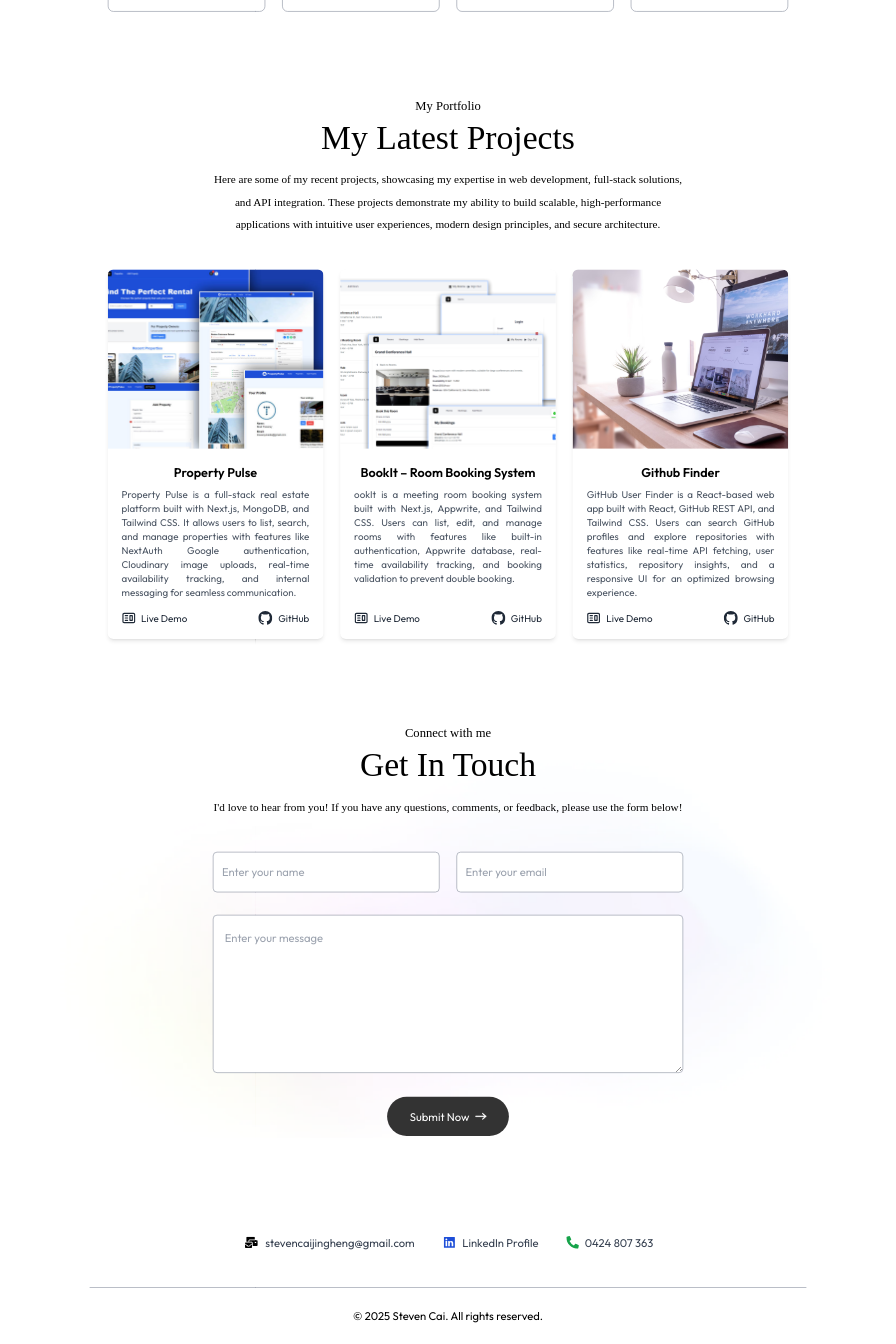
Repository: Steven4cai/profolio
Page: /
The author's editor kept a copy of each file at every save. The page is drawn from the files as they stood at one save, then again after the next save.
The browser window is 1280 px wide. The pictures show the part of the page from y = 2257 to 4177 px (the page is 4177 px tall before and 4097 px after), at 70% of full size.
Some web fonts or font styles are not loaded; a fallback is used. The project was rebuilt for these pictures with package versions that can differ from the ones it lists, and the page was loaded fresh each time. The framework's server and built-in components were replaced by stand-ins that run in the browser. Also part of the build but not shown: next.config.mjs.

Above is the page before, as saved 2025-02-09 14:33:00.

### app/layout.js
import {Outfit,Ovo} from "next/font/google";
import "./globals.css";

const outfit = Outfit({
  subsets: ["latin"],weight:["400","500","600","700"]
});

const ovo = Ovo({
  subsets: ["latin"],weight:["400"]
});

export const metadata = {
  title: "Profolio - Steven",
  description: "",
};

export default function RootLayout({ children }) {
  return (
    <html lang="en" className="scroll-smooth ">
      <body className={`${outfit.className} ${ovo.className} antialiased leading-8 overflow-x-hidden
      dark:bg-darkTheme dark:text-white`}>
        <main>{children}</main>
      </body>
    </html>
  );
}

### app/page.js
'use client'
import About from "@/components/About";
import Header from "@/components/Header";
import Navbar from "@/components/Navbar";
import Services from "@/components/Services";
import Work from "@/components/Work";
import Contact from "@/components/Contact";
import Footer from "@/components/Footer";
import { useEffect, useState } from "react";

export default function Home() {
  const [isDark,setIsDark] = useState(false)

  useEffect(()=>{
    if(localStorage.theme === 'dark' || (!('theme' in localStorage) && window.matchMedia('(prefers-color-scheme:dark)').matches)){
      setIsDark(true)
    }else{
      setIsDark(false)
    }
  },[])

  useEffect(()=>{
    if(isDark){
      document.documentElement.classList.add('dark')
      localStorage.theme = 'dark'
    }else{
      document.documentElement.classList.remove('dark')
      localStorage.theme = ''
    }
  } ,[isDark])
  return (
    <>
    <Navbar isDark = {isDark} setIsDark = {setIsDark}/>
    <Header isDark = {isDark}/>
    <About isDark = {isDark}/>
    <Services isDark = {isDark}/>
    <Work isDark = {isDark}/>
    <Contact isDark = {isDark}/>
    <Footer isDark = {isDark}/>
    </>
  );
}

### components/About.jsx
import Image from 'next/image'
import React from 'react'
import {assets, infoList, toolsData} from '@/assets/assets'


const About = ({isDark}) => {
  return (
    <div id='about' className='w-full px-[12%] py-10 scroll-mt-20'>
      <h4 className='text-center mb-2 text-lg font-Ovo'>Introduction</h4>
      <h2 className='text-center text-5xl font-Ovo'>About Me</h2>

    <div className='flex w-full flex-col lg:flex-row items-center gap-20 my-20'>
        <div className='w-64 sm:w-80 rounded-3xl max-w-none'>
            <Image src={assets.user_image} alt='user'
            className='w-full rounded-3xl'/>
        </div>
        <div className='flex-1'>
            <p className='mb-10 max-w-2xl font-Ovo'>
            I am a web developer with a background in IT and software
         engineering. I specialize in building scalable and efficient web
          applications, focusing on clean code, performance optimization,
          and user experience. Skilled in both front-end and back-end
          technologies, I am always eager to learn and apply new solutions.
            </p>
            <ul className='grid grid-cols-1 sm:grid-cols-3 gap-6 max-w-2xl'>
                {infoList.map((info,index) => (
                    <li
                    className='border-[0.5px] border-gray-400 rounded-xl p-6
                    cursor-pointer hover:bg-lightHover hover:-translate-y-1 duration-500
                    hover:shadow-black
                    dark:border-white dark:hovr:shadow-white dark:hover:bg-darkHover/50'
                    key={index}>
                        <Image src={isDark ? info.iconDark : info.icon} alt={info.title} className='w-7 mt-3'/>
                        <h3 className='my-4 font-semiblod text-gray-700 dark:text-white'>{info.title}</h3>
                        <p className='text-gray-600 text-sm dark:text-white/80'>{info.description}</p>
                    </li>
                ))}
            </ul>

            <h4 className='my-6 text-gray-700 font-Ovo dark:text-white/80'>Tools I use</h4>


                <ul className='flex items-center gap-3 sm:gap-5'>
                    {toolsData.map((tool,index) => (
                        <li className=
                        'flex items-center justify-center w-12 sm:w-14 aspect-square border border-gray-400 rounded-lg cursor-pointer hover:-translate-y-1 duration-500'
                         key={index}>
                            <Image src={tool} alt='Tool' className='w-5 sm:w-7' />
                        </li>
                    ))}
                </ul>
        </div>
    </div>

    </div>
  )
}

export default About

### components/Header.jsx
import React from 'react'
import Image from 'next/image'
import {assets} from '@/assets/assets'

const Header = () => {
  return (
    <div className=
    'w-11/12 max-w-3xl text-center mx-auto h-screen flex flex-col items-center justify-center gap-4'>
      <div>
        <Image src={assets.profile_img} alt='' className='rounded-full w-32'/>
      </div>
      <h3 className='flex items-end gap-2 text-xl md:text-2xl mb-3 font-Ovo'>Hi! I'm Steven Cai <Image src={assets.hand_icon} alt='' className='w-6'/></h3>
        <h1 className='text-3xl sm:text-6xl lg:text-[66px] font-Ovo'>Frontend web developer based in Sydney</h1>
        <p className='max-w-2xl mx-auto font-Ovo'>
          Web developer with a strong foundation in software engineering,
           specializing in building efficient, scalable, and user-friendly
            applications.
        </p>
        <div className=
        'flex flex-col sm:flex-row items-center gap-4 mt-4'>
            <a href="#contact"
             className='px-10 py-3 border rounded-full bg-black text-white flex items-center gap-2
             dark:bg-transparent'>
                Contact me  <Image src={assets.right_arrow_white} alt='' className='w-4'/></a>
            <a href="/Steven_Cai_ITResume.pdf" download
            className='px-10 py-3 border rounded-full border-gray-500 flex items-center gap-2
            bg-white dark:text-black'
            >My resume  <Image src={assets.download_icon} alt='' className='w-4'/></a>

        </div>


    </div>
  )
}

export default Header

### components/Navbar.jsx
'use client'

import Image from 'next/image'
import React, { useEffect, useState } from 'react'
import {assets} from '@/assets/assets'

const Navbar = ({isDark,setIsDark}) => {
    const [isScroll, setIsScrool] = useState(false)

    const [isMenuOpen, setIsMenuOpen] = useState(false);

    const openMenu = () => {
        setIsMenuOpen(true);
    };

    const closeMenu = () => {
        setIsMenuOpen(false);
    };

    useEffect(()=>{
        window.addEventListener('scroll',()=>{
            if(scrollY > 50){
                setIsScrool(true)
            }else{
                setIsScrool(false)
            }
        })
    } ,[])

    return (
        <>
            <div className='fixed top-0 right-0 w-11/12 -z-10 translate-y-[-80%] dark:hidden'>
                <Image src={assets.header_bg_color} alt='' className='w-full' />
            </div>

            <nav className={`w-full fixed px-5 lg:px-8 xl:px-[8%] py-4 flex
                items-center justify-between z-50 ${isScroll
                ? 'bg-white bg-opacity-50 backdrop-blur-lg shadow-sm dark:bg-darkTheme dark:shadow-white/20'
                : ''}`}>
                <a href="#top">
                    <Image alt='logo' className='w-28 cursor-pointer mr-14 bg-white rounded-full' src={assets.logo} />
                </a>

                <ul className={`hidden md:flex items-center gap-6
                    lg:gap-8 rounded-full px-12 py-3
                    ${isScroll ?'' : 'bg-white shadow-sm bg-opacity-50 dark:border dark:border-white/50 dark:bg-transparent'}`}>
                    <li><a className='font-Ovo' href="#top">Home</a></li>
                    <li><a className='font-Ovo' href="#about">About me</a></li>
                    <li><a className='font-Ovo' href="#services">Services</a></li>
                    <li><a className='font-Ovo' href="#work">My Work</a></li>
                    <li><a className='font-Ovo' href="#contact">Contact me</a></li>
                </ul>

                <div className='flex items-center gap-4'>

                    <button onClick={() => setIsDark(prev => !prev)}>
                        <Image src={isDark ? assets.sun_icon : assets.moon_icon} alt='' className='w-6' />
                    </button>

                    <a href='#contact' className='hidden lg:flex items-center gap-3 px-10 py-2.5
                    border border-gray-500 rounded-full ml-4 font-Ovo
                    dark:border-white/50'>
                        Contact <Image className='w-3' src={isDark ?assets.arrow_icon_dark :assets.arrow_icon} alt='arrowicon' />
                    </a>

                    <button className='block md:hidden ml-3' onClick={openMenu}>
                        <Image src={isDark ?assets.menu_white :assets.menu_black} alt='' className='w-6' />
                    </button>
                </div>

                <ul className={`flex flex-col gap-4 py-20 px-10
                fixed -right-0 top-0 bottom-0 w-64 z-50 h-screen bg-rose-50
                transition duration-500' dark:bg-darkHover dark:text-white
                ${isMenuOpen ? 'translate-x-0' : 'translate-x-[16rem]'} md:hidden`}>
                    {/* Close Button */}
                    <div className='absolute right-6 top-6' onClick={closeMenu}>
                        <Image src={isDark ?assets.close_white :assets.close_black} alt='' className='w-5 cursor-pointer' />
                    </div>

                    <li><a onClick={closeMenu} className='font-Ovo' href="#top">Home</a></li>
                    <li><a onClick={closeMenu} className='font-Ovo' href="#about">About me</a></li>
                    <li><a onClick={closeMenu} className='font-Ovo' href="#services">Services</a></li>
                    <li><a onClick={closeMenu} className='font-Ovo' href="#work">My Work</a></li>
                    <li><a onClick={closeMenu} className='font-Ovo' href="#contact">Contact me</a></li>
                </ul>
            </nav>
        </>
    )
}

export default Navbar;

### components/Services.jsx
import React from "react";
import { TbWorld } from "react-icons/tb";
import { RiStackFill } from "react-icons/ri";
import { AiOutlineApi } from "react-icons/ai";
import { MdSecurity } from "react-icons/md";

export const serviceData = [
  { icon: <TbWorld className="text-4xl text-gray-700 dark:text-white" />, title: 'Frontend Development', description: 'Building modern, responsive, and interactive web applications using React.js, Next.js, and Tailwind CSS to ensure seamless user experience.', link: '' },
  { icon: <RiStackFill className="text-4xl text-gray-700 dark:text-white" />, title: 'Full-Stack Development', description: 'Developing scalable web applications with Next.js, Appwrite, MongoDB, and Firebase, handling both frontend and backend efficiently.', link: '' },
  { icon: <AiOutlineApi className="text-4xl text-gray-700 dark:text-white" />, title: 'API Development & Integration', description: 'Creating and integrating RESTful APIs to enable smooth data communication between systems, ensuring high performance and security.', link: '' },
  { icon: <MdSecurity className="text-4xl text-gray-700 dark:text-white" />, title: 'Authentication & Security', description: 'Implementing secure authentication using NextAuth.js, OAuth, JWT, and Firebase Auth, ensuring data protection and user privacy.', link: '' },
];

const Services = () => {
  return (
    <div id='services' className='w-full px-[12%] py-10 scroll-mt-20'>
      <h4 className='text-center mb-2 text-lg font-Ovo'>What I offer</h4>
      <h2 className='text-center text-5xl font-Ovo'>My Services</h2>

      <p className='text-center max-w-2xl mx-auto mt-5 mb-12 font-Ovo'>
        I design and develop modern, high-performance web applications with
        a focus on efficiency, scalability, and seamless user experience. Whether
        it’s front-end UI/UX, full-stack solutions, or API integrations,
        I build robust and maintainable systems tailored to business needs.
      </p>

      <div className='grid grid-cols-1 sm:grid-cols-2 md:grid-cols-4 gap-6 my-10'>
        {serviceData.map(({ icon, title, description, link }, index) => (
          <div
            className='border border-gray-400 rounded-lg px-8 py-10 flex flex-col items-center text-center
              hover:shadow-black cursor-pointer hover:bg-lightHover hover:-translate-y-1 duration-500
              dark:hover:bg-darkHover dark:hover:shadow-white'
            key={index}
          >
            {icon}
            <h3 className='text-lg my-4 text-gray-700 dark:text-white'>{title}</h3>
            <p className='text-sm text-gray-600 leading-5 dark:text-white/80'>{description}</p>
          </div>
        ))}
      </div>
    </div>
  );
};

export default Services;

### components/Work.jsx
import { assets, workData } from '@/assets/assets';
import React from 'react';
import Image from 'next/image';
import Link from 'next/link';
import { BsGithub } from 'react-icons/bs';
import { CgWebsite } from 'react-icons/cg';

const Work = ({ isDark }) => {
  return (
    <div id="work" className="w-full px-[12%] py-10 scroll-mt-20">
      <h4 className="text-center mb-2 text-lg font-Ovo">My Portfolio</h4>
      <h2 className="text-center text-5xl font-Ovo">My Latest Projects</h2>

      <p className="text-center max-w-2xl mx-auto mt-5 mb-12 font-Ovo">
      Here are some of my recent projects, showcasing my expertise in web
       development, full-stack solutions, and API integration. These projects
        demonstrate my ability to build scalable, high-performance applications
         with intuitive user experiences, modern design principles, and secure
         architecture.
      </p>

      <div className="grid grid-cols-1 sm:grid-cols-2 md:grid-cols-3 gap-6 my-10">
  {workData.map((work, index) => (
    <div
      key={index}
      className="flex flex-col bg-white dark:bg-gray-900 rounded-lg shadow-md overflow-hidden group cursor-pointer"
    >
      {/* 背景图片部分 */}
      <div
        className="h-64 bg-cover bg-center transition-transform duration-500 group-hover:scale-105"
        style={{ backgroundImage: `url(${work.bgImage})` }}
      ></div>

      {/* 文字部分 */}
      <div
        className="p-5 w-full flex flex-col flex-grow transition-all duration-500 group-hover:-translate-y-2"
      >
        <h2 className="font-semibold text-lg dark:text-white text-center">
          {work.title}
        </h2>
        <p className="text-sm text-gray-600 dark:text-gray-300 mt-2 text-justify flex-grow">
          {work.description}
        </p>

        {/* 按钮部分 */}
        <div className="mt-4 flex justify-between items-center">
          <Link
            href={work.website}
            target="_blank"
            className="flex items-center gap-2 text-sm text-gray-800 dark:text-white hover:text-blue-500 transition-colors"
          >
            <CgWebsite className="text-xl" /> Live Demo
          </Link>

          <Link
            href={work.github}
            target="_blank"
            className="flex items-center gap-2 text-sm text-gray-800 dark:text-white hover:text-gray-600 transition-colors"
          >
            <BsGithub className="text-xl" /> GitHub
          </Link>
        </div>
      </div>
    </div>
  ))}
</div>

    </div>
  );
};

export default Work;

### components/Contact.jsx
'use client'
import { assets } from '@/assets/assets'
import React,{ useState } from 'react'
import Image from 'next/image'
const Contact = () => {

    const [result, setResult] = React.useState("");

  const onSubmit = async (event) => {
    event.preventDefault();
    setResult("Sending....");
    const formData = new FormData(event.target);

    formData.append("access_key", "d1d257f8-3b83-45d6-8d1c-4f4ca340e588");

    const response = await fetch("https://api.web3forms.com/submit", {
      method: "POST",
      body: formData
    });

    const data = await response.json();

    if (data.success) {
      setResult("Form Submitted Successfully");
      event.target.reset();
    } else {
      console.log("Error", data);
      setResult(data.message);
    }
  };


  return (
    <div id='contact' className='w-full px-[12%] py-10 scroll-mt-20 bg-[url("/footer-bg-color.png")] bg-no-repeat
    bg-center bg-[length:90%_auto] dark:bg-none'>
        <h4 className='text-center mb-2 text-lg font-Ovo'>Connect with me</h4>
        <h2 className='text-center text-5xl font-Ovo'>Get In Touch</h2>

        <p className='text-center max-w-2xl mx-auto mt-5 mb-12 font-Ovo'>
       I'd love to hear from you! If you have any questions, comments, or feedback, please use the form below!
        </p>

        <form onSubmit={onSubmit} className='max-w-2xl mx-auto'>
            <div className='grid grid-cols-auto gap-6 mt-10 mb-8'>
                <input
                className='flex-1 p-3 outline-none border-[0.5px] border-gray-400 rounded-md bg-white
                dark:bg-darkHover/30 dark:border-white/90'
                type="text" placeholder='Enter your name' required name="name" />
                <input
                className='flex-1 p-3 outline-none border-[0.5px] border-gray-400 rounded-md bg-white
                dark:bg-darkHover/30 dark:border-white/90'
                type="email" placeholder='Enter your email' required name="email" />
            </div>
            <textarea
            className='w-full p-4 outline-none border-[0.5px] border-gray-400 rounded-md bg-white mb-6
            dark:bg-darkHover/30 dark:border-white/90'
            rows={6} placeholder='Enter your message'  name="message" required></textarea>
            <button
            className='py-3 px-8 w-max flex items-center justify-between gap-2 bg-black/80 text-white rounded-full
            mx-auto hover:bg-black duration-500 dark:bg-transparent dark:border-[0.5px] dark:hover:bg-darkHover'
            type='submit'>
                Submit Now <Image src={assets.right_arrow_white} alt='' className='w-4'/>
            </button>

            <p className='mt-4'>{result}</p>
        </form>
    </div>
  )
}

export default Contact

### components/Footer.jsx
import Image from 'next/image'
import React from 'react'
import { assets } from '@/assets/assets'
import { FaPhoneAlt,FaMailBulk } from "react-icons/fa";
import Link from 'next/link';
import { AiFillLinkedin } from "react-icons/ai";

const Footer = ({ isDark }) => {
  const currentYear = new Date().getFullYear();

  return (
    <div className='mt-20'>

      <div className='flex justify-center gap-10 items-center text-center'>
      <Link href="mailto:stevencaijingheng@gmail.com">
        <div className='flex items-center gap-2'>
          <FaMailBulk className='w-6' />
          <span className="text-gray-700 dark:text-white">stevencaijingheng@gmail.com</span>
        </div>
      </Link>

        <Link href="https://www.linkedin.com/in/stevencai1" target="_blank" rel="noopener noreferrer">
          <div className='flex items-center gap-2 cursor-pointer hover:text-blue-500 transition'>
            <AiFillLinkedin className='text-blue-700 dark:text-blue-400 text-xl' />
            <span className="text-gray-700 dark:text-white">LinkedIn Profile</span>
          </div>
        </Link>

        <div className='flex items-center gap-2'>
          <FaPhoneAlt className='text-green-600 text-lg' />
          <span className="text-gray-700 dark:text-white">0424 807 363</span>
        </div>
      </div>

      <div className='text-center border-t border-gray-400 mx-[10%] mt-12 py-6'>
        <p>&copy; {currentYear} Steven Cai. All rights reserved.</p>
      </div>
    </div>
  )
}

export default Footer;

### tailwind.config.mjs
/** @type {import('tailwindcss').Config} */
export default {
  content: [
    "./pages/**/*.{js,ts,jsx,tsx,mdx}",
    "./components/**/*.{js,ts,jsx,tsx,mdx}",
    "./app/**/*.{js,ts,jsx,tsx,mdx}",
  ],
  theme: {
    extend: {
      colors: {
        lightHover: '#fcf4ff',
        darkHover: '#2a004a',
        darkTheme: '#11001F'
      },
      fontFamily:{
        Outfit:["Outfit", "sans-serif"],
        Ovo: ["Ovo", "serif"]
      },
      boxShadow:{
        'black': '4px 4px 0 #000',
        'white': '4px 4px 0 #fff',
      },
      gridTemplateColumns:{
        'auto':'repeat(auto-fit,minmax(200px,1fr))'
      }
    },
  },
  darkMode: 'selector',
  plugins: [],
};

Loaded but not shown: app/globals.css (common file); assets/assets.js (123 lines, source omitted)

After the next save:
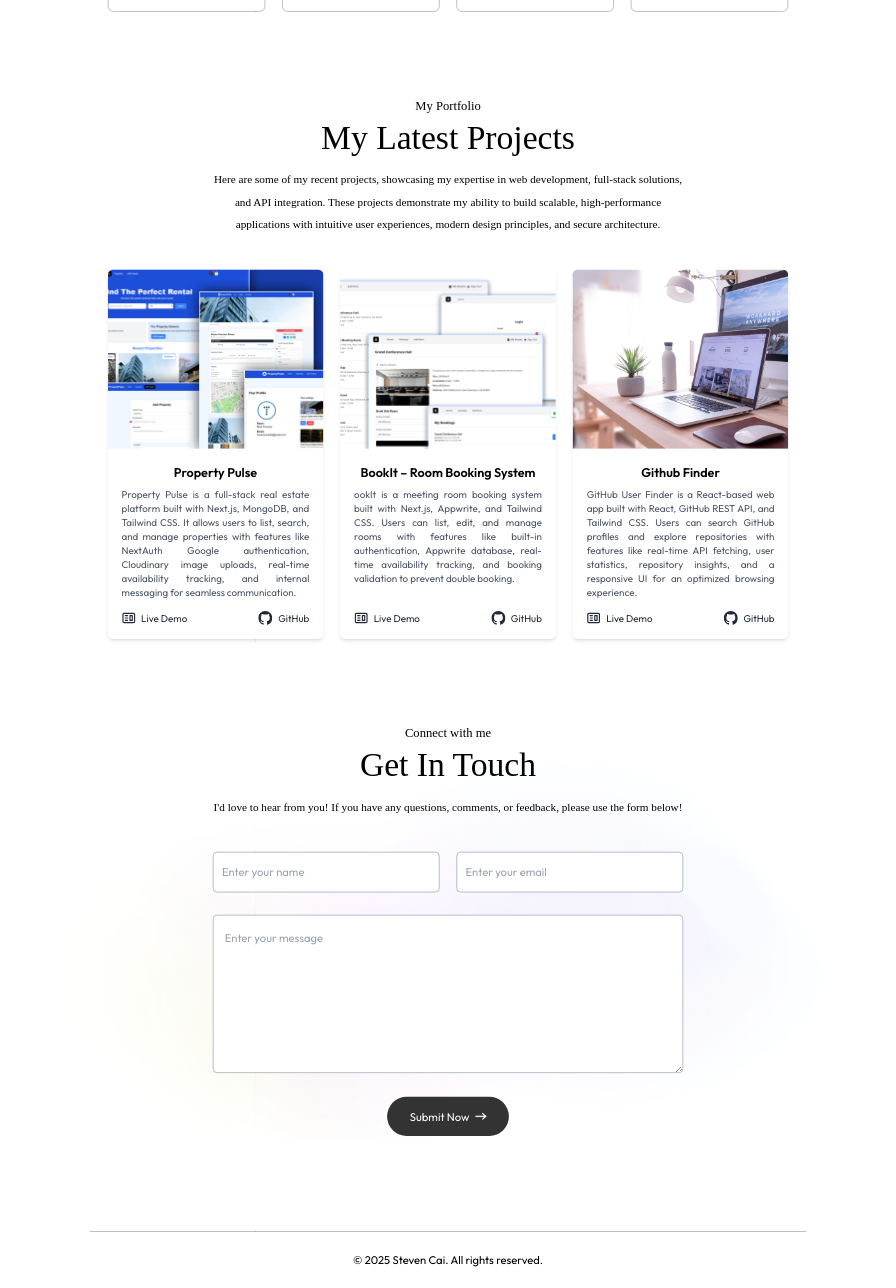
Saved 18 s later.
--- a/components/Footer.jsx
+++ b/components/Footer.jsx
@@ -11,26 +11,7 @@ const Footer = ({ isDark }) => {
   return (
     <div className='mt-20'>
 
-      <div className='flex justify-center gap-10 items-center text-center'>
-      <Link href="mailto:stevencaijingheng@gmail.com">
-        <div className='flex items-center gap-2'>
-          <FaMailBulk className='w-6' />
-          <span className="text-gray-700 dark:text-white">stevencaijingheng@gmail.com</span>
-        </div>
-      </Link>
 
-        <Link href="https://www.linkedin.com/in/stevencai1" target="_blank" rel="noopener noreferrer">
-          <div className='flex items-center gap-2 cursor-pointer hover:text-blue-500 transition'>
-            <AiFillLinkedin className='text-blue-700 dark:text-blue-400 text-xl' />
-            <span className="text-gray-700 dark:text-white">LinkedIn Profile</span>
-          </div>
-        </Link>
-
-        <div className='flex items-center gap-2'>
-          <FaPhoneAlt className='text-green-600 text-lg' />
-          <span className="text-gray-700 dark:text-white">0424 807 363</span>
-        </div>
-      </div>
 
       <div className='text-center border-t border-gray-400 mx-[10%] mt-12 py-6'>
         <p>&copy; {currentYear} Steven Cai. All rights reserved.</p>
